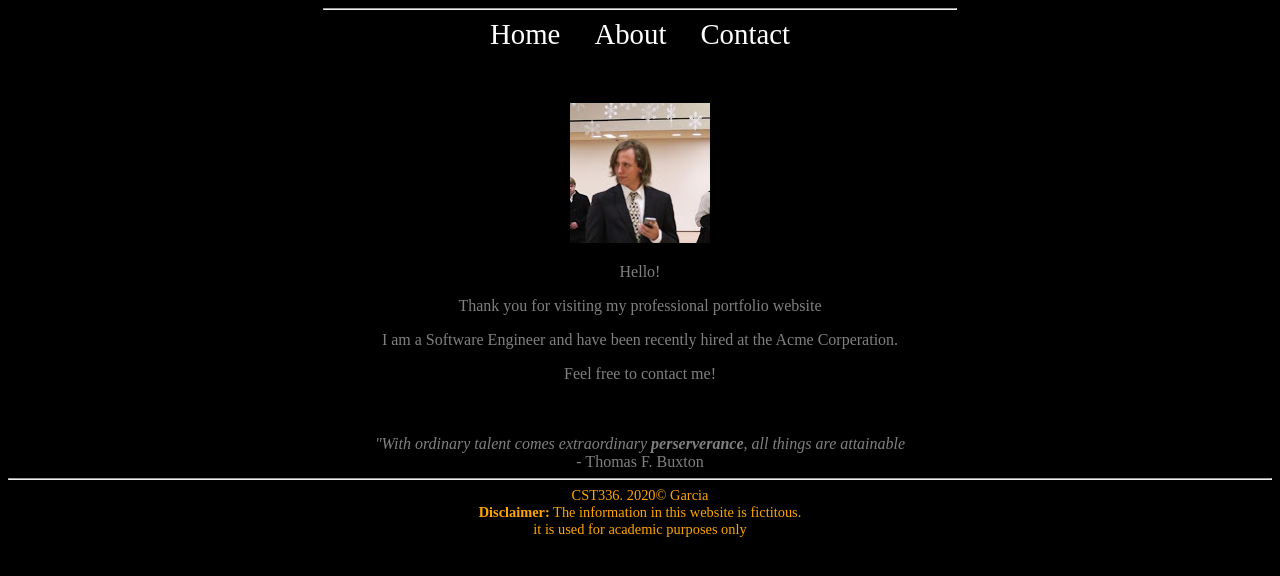
Repository: Sovereign5/cst336
Page: hbs/public/personal_portfolio/index.html
The author's editor kept a record of every edit. The page is drawn from the files as they stood at one moment, then again after the next edit.
The browser window is 1280 px wide. The pictures show the whole page.

Above is the page before.

### hbs/public/personal_portfolio/index.html
<!DOCTYPE html>
<html>
<!--

First Website
and comment
in html
(comments can span multiple lines)

-->

<!-- This is the head -->
<!-- All styles and javascript go inside the head -->
    <head>
        <meta charset="utf-8" />
        <title>Christopher Garica: Personal Website</title>
        <link href="css/styles.css" rel="stylesheet" type="text/css" />
    </head>
<!-- closing head -->
    <nav>
        <hr width="50%" />
        <a href="index.html">Home</a>
        <a href="about.html">About</a>
        <a href="contact.html">Contact</a>
    </nav>
    <br /><br />
    <!-- This is the body -->
    <!-- This is where we place the content of our website -->
    <main>
        <figure>
            <img src="img/chris.jpg" alt="Picture of Christopher" />
        </figure>

        <div>
            Hello! <br/>
            <p> Thank you for visiting my professional portfolio website</p>
            <p> I am a Software Engineer and have been recently hired at the Acme Corperation.</p>
            <p> Feel free to contact me!</p>
            <br/><br/>
            <em>"With ordinary talent comes extraordinary <strong>perserverance</strong>, all things are attainable</em><br/>
            - Thomas F. Buxton
        </div>
        <footer>
            <hr>
            CST336. 2020&copy; Garcia <br/>
            <strong>Disclaimer:</strong> The information in this website is fictitous. <br/>
            it is used for academic purposes only
        </footer>
    </main>
</html>

### hbs/public/personal_portfolio/css/styles.css
body {
    background-color: black;
    color: gray;
}

header, main, nav, footer {
    text-align: center;
}

nav a {
    padding:15px;
    padding-bottom: 4px;
    font-size: 1.8em;
    text-decoration: none; /*removes underline*/
    color: white; /*removes default blue text*/
}

#selected {
    font-family: cursive;
}

nav a:hover {
    border-bottom: 2px orange solid;
    font-size: 2em;
    transition: .9s;
}

#me, #welcomeText {
    float: left;
}

footer {
    clear: left;
    font-size: 0.9em;
    color: orange;
}

#CSUMBImage {
    float: right;
    padding-right: 50px
}

After the next edit:
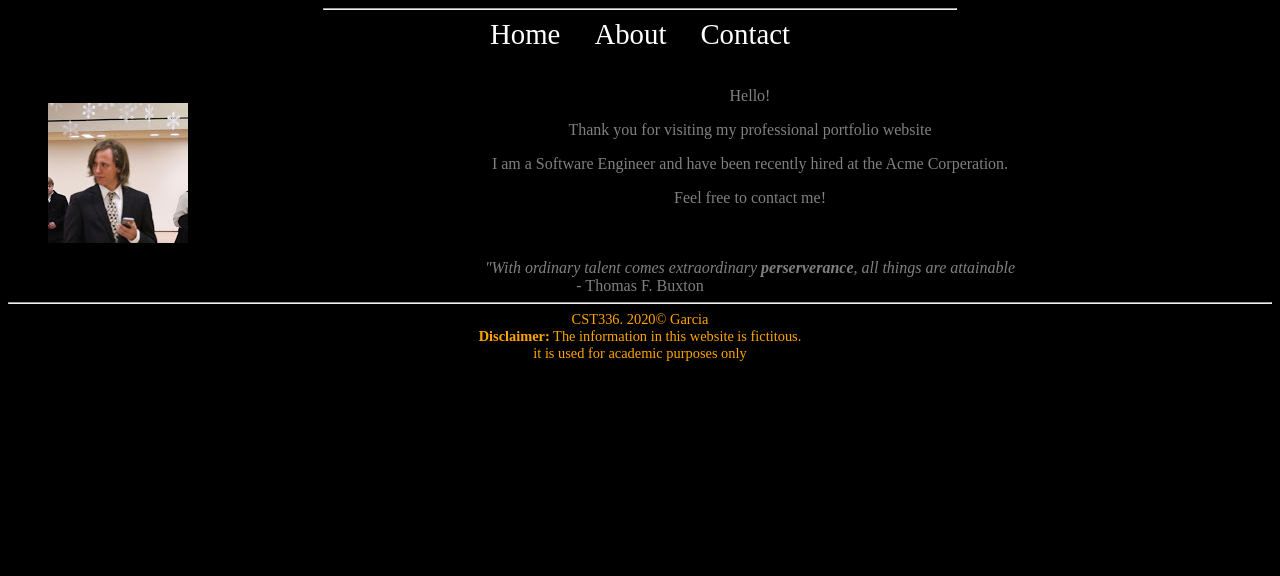
The edit:
--- a/hbs/public/personal_portfolio/index.html
+++ b/hbs/public/personal_portfolio/index.html
@@ -27,7 +27,7 @@
     <!-- This is the body -->
     <!-- This is where we place the content of our website -->
     <main>
-        <figure>
+        <figure id="me">
             <img src="img/chris.jpg" alt="Picture of Christopher" />
         </figure>
 
